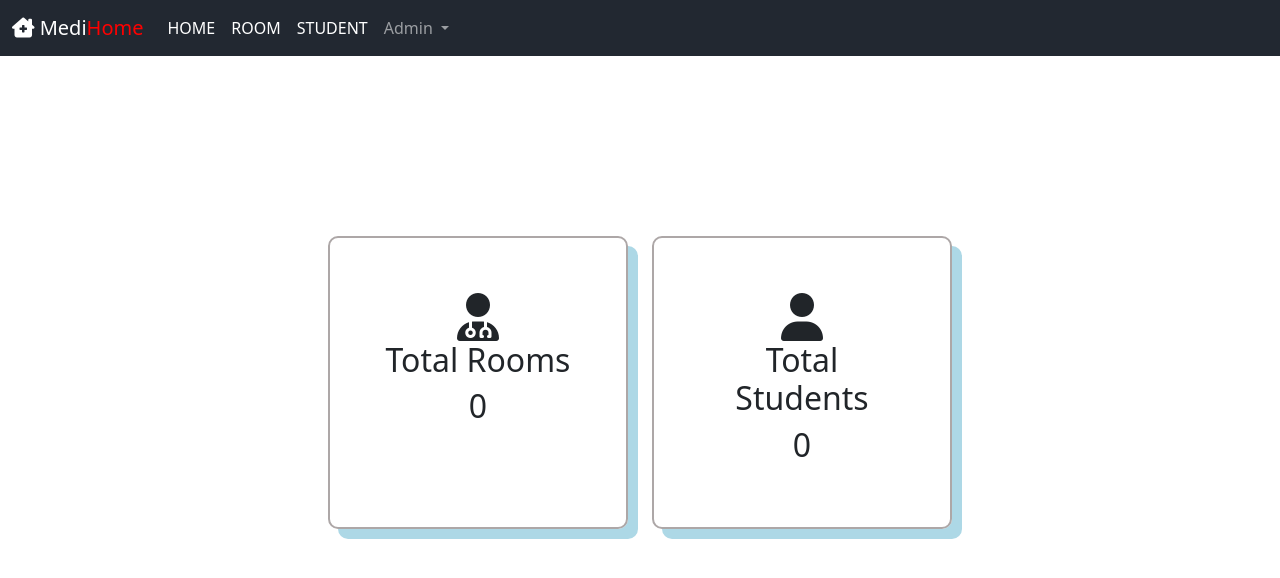
Repository: SparshGarg1/Hostel_Managment_System
Page: http://localhost/Hostel/adminportal.jsp
The author's editor kept a copy of each file at every save. The page is drawn from the files as they stood at one save, then again after the next save.
The browser window is 1280 px wide. The pictures show the whole page.
Some web libraries are served in a nearby version. The page is served by Tomcat 9. Other server files are loaded and not shown. Queries for data that is not in the repository find no rows.

Above is the page before, as saved 2023-06-17 15:16:57.

### Hostel/WebContent/adminportal.jsp
<%@page errorPage="component/error.jsp" %>
<%@ include file="component/db.jsp" %>
<%@page import="java.sql.Statement"%>
<%@page import="java.sql.ResultSet"%>
<%@ page language="java" contentType="text/html; charset=ISO-8859-1"
    pageEncoding="ISO-8859-1"%>
<!DOCTYPE html PUBLIC "-//W3C//DTD HTML 4.01 Transitional//EN" "http://www.w3.org/TR/html4/loose.dtd">
<html>
<head>
<style>
        .container{
            position: relative;
            top: 25vh;
            display: flex;
            justify-content: center;
            flex-wrap: wrap;
        }
        .box1{
            border: 2px solid rgb(173, 167, 167);
            padding: 55px;
            border-radius: 10px;
            width: 300px;
            text-align: center;
            margin: 0 12px;
            box-shadow: 10px 10px lightblue;
            color: #212529;
        }
    </style>
<%@ include file="component/allcss.jsp" %>
<meta http-equiv="Content-Type" content="text/html; charset=ISO-8859-1">
<title>Insert title here</title>
</head>
<body>
<%
HttpSession ses=request.getSession();
String id=(String) ses.getAttribute("uid");
%>

<!-- Navbar -->
<nav class="navbar navbar-expand-lg navbar-dark" style="background-color:#222831;">
  <div class="container-fluid">
    <a class="navbar-brand" href="index.jsp"><i class="fas fa-clinic-medical"></i> Medi<span style="color:red;">Home</span></a>
    <button class="navbar-toggler" type="button" data-bs-toggle="collapse" data-bs-target="#navbarSupportedContent" aria-controls="navbarSupportedContent" aria-expanded="false" aria-label="Toggle navigation">
      <span class="navbar-toggler-icon"></span>
    </button>
    <div class="collapse navbar-collapse" id="navbarSupportedContent">
      <ul class="navbar-nav  mb-2 mb-lg-0">
        <li class="nav-item">
          <a class="nav-link active" aria-current="page" href="adminportal.jsp">HOME</a>
        </li>
        <li class="nav-item">
          <a class="nav-link active" aria-current="page" href="adminroom.jsp">ROOM</a>
        </li>
        <li class="nav-item">
          <a class="nav-link active" aria-current="page" href="adminstudent.jsp">STUDENT</a>
        </li>
        <li class="nav-item dropdown">
          <a class="nav-link dropdown-toggle" href="#" id="navbarDropdown" role="button" data-bs-toggle="dropdown" aria-expanded="false">
            Admin
          </a>
          <ul class="dropdown-menu" aria-labelledby="navbarDropdown">
            <li><a class="dropdown-item" href="AdminLogout">Logout</a></li>
          </ul>
        </li>
      </ul>
    </div>
  </div>
</nav>

<!-- Showing Doctor Count -->

<%
String qr = "select * from room";
Statement st = con.createStatement();
ResultSet rs = st.executeQuery(qr);
int i=0;
while(rs.next())
{
	i++;
}
%>

<!--user count  -->
<%
String qr1 = "select * from room";
Statement st1 = con.createStatement();
ResultSet rs1 = st1.executeQuery(qr1);
int j=0;
while(rs1.next())
{
	j++;
}
%>

<!--Appoinment count  -->
<%
String qr2 = "select * from appoinment";
Statement st2 = con.createStatement();
ResultSet rs2 = st2.executeQuery(qr1);
int k=0;
while(rs2.next())
{
	k++;
}
%>

<!-- creating 3 box for showing data  -->
<div class="container">
        <div class="doc box1">
            <i class="fa fa-user-doctor fa-3x" "></i>
            <h2>Total Rooms</h2>
            <h2><%=i %></h2>
        </div>
        <div class="user box1">
            <i class="fa fa-user fa-3x"></i>
            <h2>Total Students</h2>
            <h2><%=j %></h2>
        </div>
        <%-- <div class="appo box1">
            <i class="fa fa-calendar-check fa-3x"></i>
            <h2>Total Appoinments</h2>
            <h2><%=k %></h2>
        </div> --%>
    </div>
</body>
</html>

### Hostel/WebContent/component/db.jsp

<%@page import="java.sql.Connection" %>
<%@page import="java.sql.DriverManager" %>
<%@page import="java.sql.PreparedStatement" %>
<%
Class.forName("com.mysql.jdbc.Driver");
Connection con=DriverManager.getConnection("jdbc:mysql://localhost:3306/hostel","root","sparsh1574");
%>

### Hostel/WebContent/component/allcss.jsp
<link rel="stylesheet" href="https://cdnjs.cloudflare.com/ajax/libs/font-awesome/6.1.2/css/all.min.css" integrity="sha512-1sCRPdkRXhBV2PBLUdRb4tMg1w2YPf37qatUFeS7zlBy7jJI8Lf4VHwWfZZfpXtYSLy85pkm9GaYVYMfw5BC1A==" crossorigin="anonymous" referrerpolicy="no-referrer" />
<link href="https://cdn.jsdelivr.net/npm/bootstrap@5.0.2/dist/css/bootstrap.min.css" rel="stylesheet" integrity="sha384-EVSTQN3/azprG1Anm3QDgpJLIm9Nao0Yz1ztcQTwFspd3yD65VohhpuuCOmLASjC" crossorigin="anonymous">
<script src="https://cdn.jsdelivr.net/npm/bootstrap@5.0.2/dist/js/bootstrap.bundle.min.js" integrity="sha384-MrcW6ZMFYlzcLA8Nl+NtUVF0sA7MsXsP1UyJoMp4YLEuNSfAP+JcXn/tWtIaxVXM" crossorigin="anonymous"></script>

After the next save:
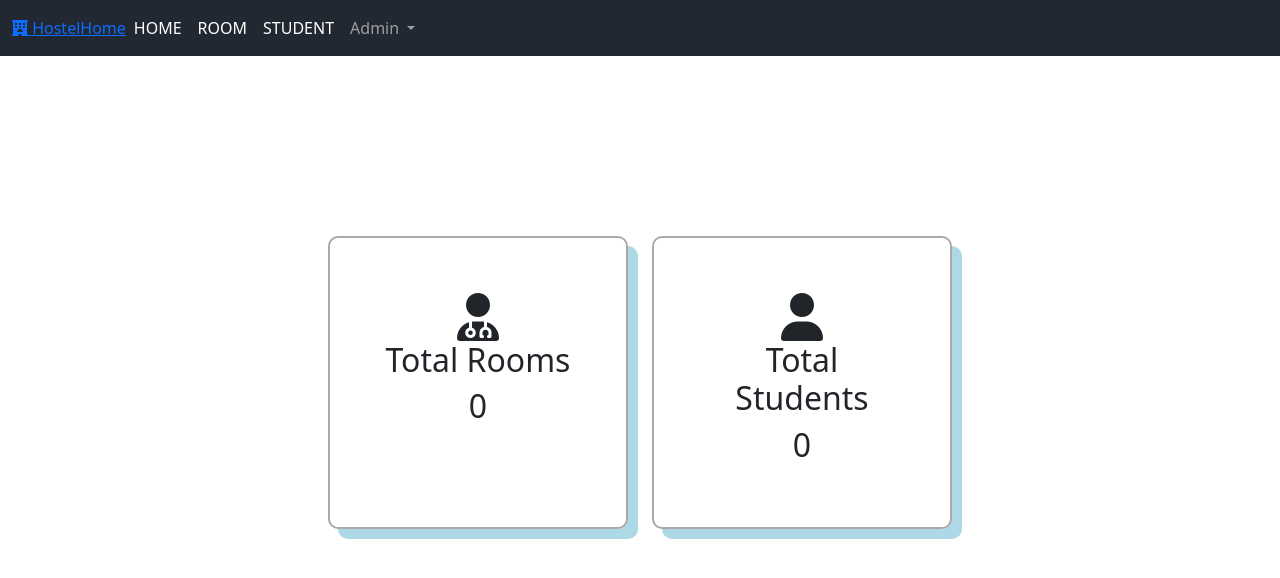
Saved 2 min 21 s later.
--- a/Hostel/WebContent/adminportal.jsp
+++ b/Hostel/WebContent/adminportal.jsp
@@ -39,7 +39,7 @@ String id=(String) ses.getAttribute("uid");
 <!-- Navbar -->
 <nav class="navbar navbar-expand-lg navbar-dark" style="background-color:#222831;">
   <div class="container-fluid">
-    <a class="navbar-brand" href="index.jsp"><i class="fas fa-clinic-medical"></i> Medi<span style="color:red;">Home</span></a>
+   <div class="logo" ><a href="index.html"><i class="fas fa-hotel"></i> Hostel<span>Home</span></a></div>
     <button class="navbar-toggler" type="button" data-bs-toggle="collapse" data-bs-target="#navbarSupportedContent" aria-controls="navbarSupportedContent" aria-expanded="false" aria-label="Toggle navigation">
       <span class="navbar-toggler-icon"></span>
     </button>
